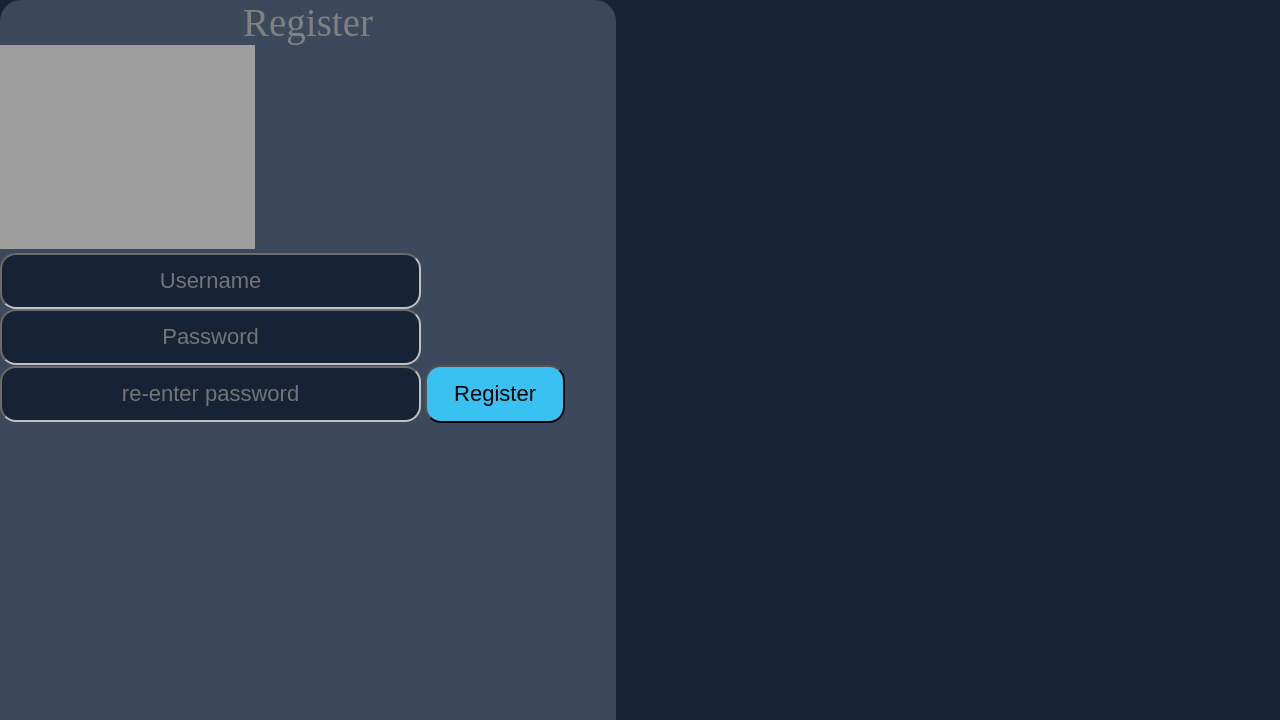
Repository: leystra019/nea
Page: scripts/html/login/registration.html
An editor plug-in stored every save of this project. The page is shown before and after the next save, followed by the edit.
The browser window is 1280 px wide. The pictures show the whole page.
Pictures or frames that could not be fetched are drawn as grey boxes.

Above is the page before, as saved 2022-12-10 10:12:30.

After the next save:
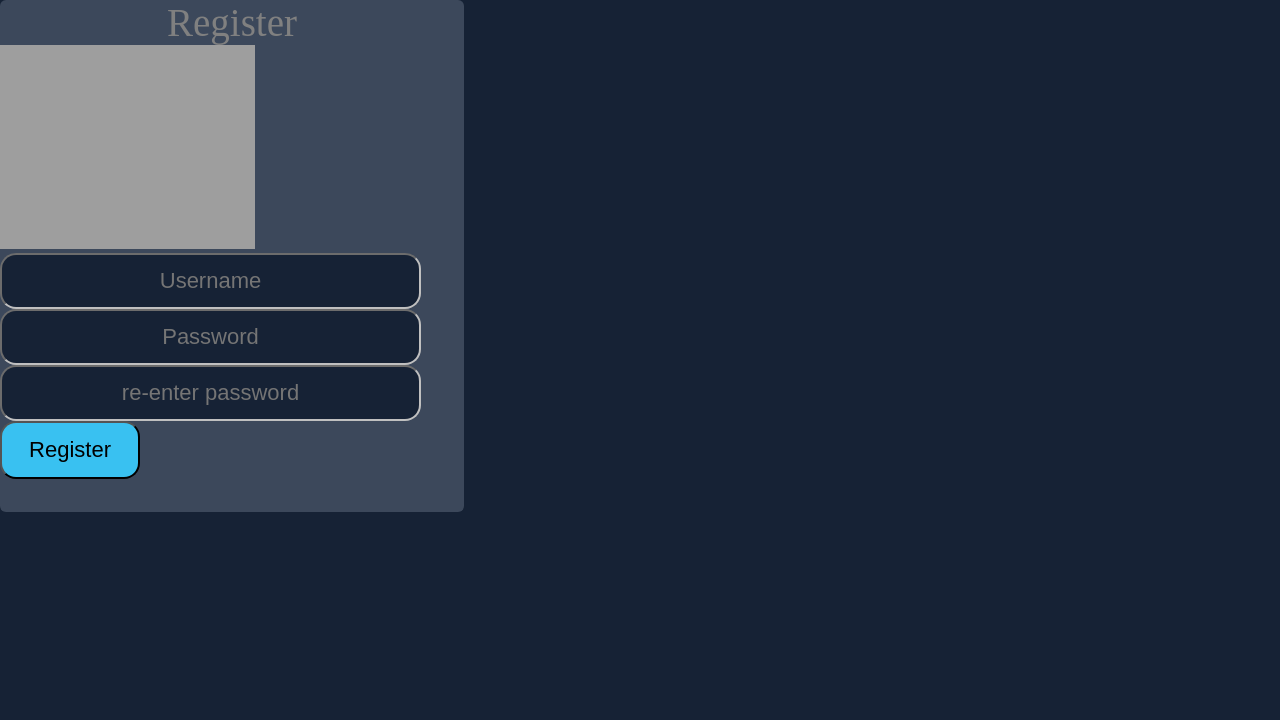
Saved 5 min 11 s later.
--- a/css/login.css
+++ b/css/login.css
@@ -16,14 +16,14 @@
 
 
 .ln-card {
-    height: 788px;
-    width: 616px;
+    height: 512px;
+    width: 464px;
     background-color: #3C485B;
     margin: auto;
     border: 0px;
     padding-top: 46px;
     position: relative;
-    border-radius: 21px;
+    border-radius: 6px;
 
 
 
